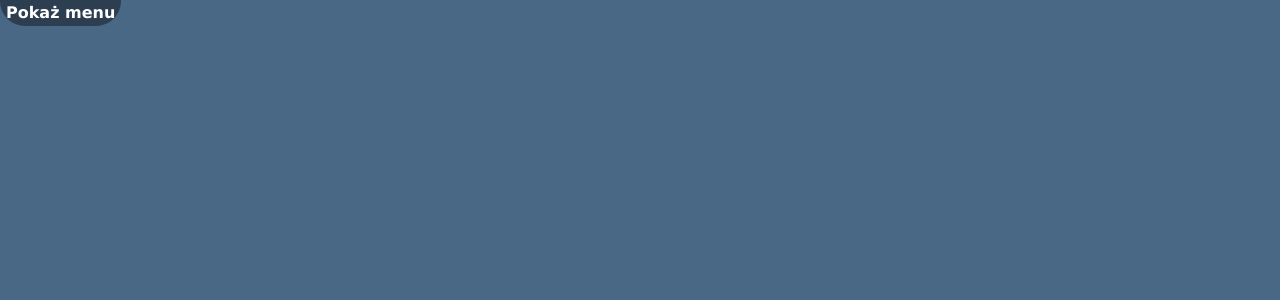
Repository: K4ziWolf/kazi
Page: /
These files come from the project's save history. The page is drawn as it stood at one moment and after the next save; the edit follows.
The browser window is 1280 px wide. The pictures show the whole page.
The project was rebuilt for these pictures with package versions that can differ from the ones it lists, and the page was loaded fresh each time. Also part of the build but not shown: vue.config.js, src/components/menu_screen.vue, src/components/login_screen.vue, src/components/option_screen.vue.

Above is the page before, as saved 2023-10-20 21:20:54.

After the next save:
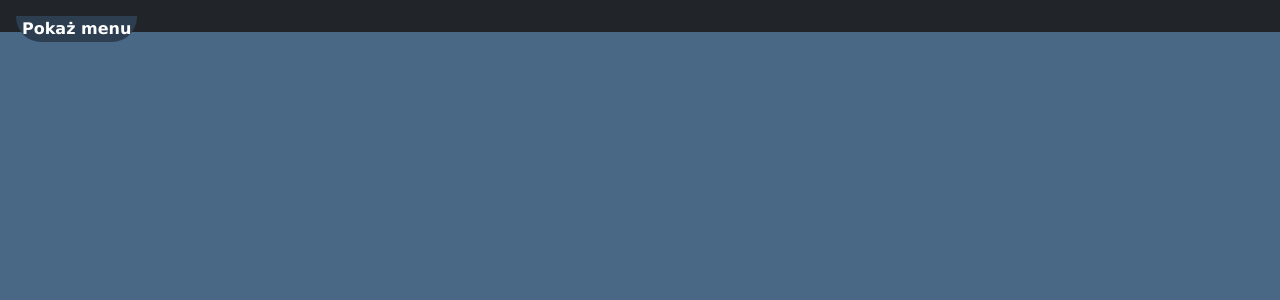
Saved 63 s later.
--- a/src/App.vue
+++ b/src/App.vue
@@ -2,7 +2,7 @@
 <body>
   <section>
   <div id="container">
-    <div class="leftbar">
+    <div class="d-flex flex-column flex-shrink-0 p-3 text-white bg-dark">
     <div class="x-btn"><button class="xd-btn" v-bind:class="open_menu_button " @click="showMenuScreen">Pokaż menu</button>
       <menu_screen v-if="isMenuScreenVisible" @hide-menu-screen="hideMenuScreen" @show-login-screen="showLoginScreen" @change-theme="changeTheme" @option-open="optionOpener">
     </menu_screen>
